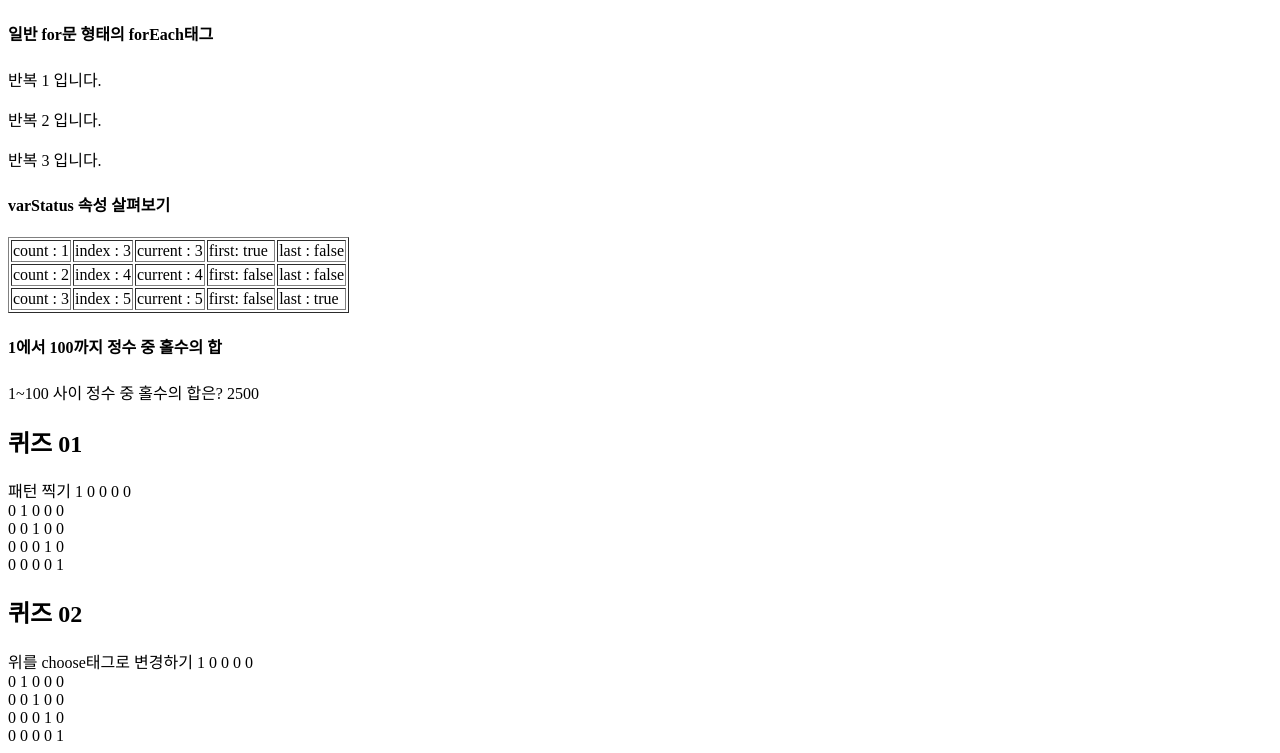
Repository: ssing365/JSPStudy
Page: http://localhost/JSPServlet/11JSTL/core/ForEachNormal.jsp
The author's editor kept a copy of each file at every save. The page is drawn from the files as they stood at one save, then again after the next save.
The browser window is 1280 px wide. The pictures show the whole page.
The page is served by Tomcat 10. Other server files are loaded and not shown.

Above is the page before, as saved 2024-11-06 08:49:50.

### JSPServlet/src/main/webapp/11JSTL/core/ForEachNormal.jsp
<%@ page language="java" contentType="text/html; charset=UTF-8"
    pageEncoding="UTF-8"%>
<%@ taglib prefix="c" uri="jakarta.tags.core"%>
<!DOCTYPE html>
<html>
<head>
<meta charset="UTF-8">
<title>JSTL - forEach1</title>
</head>
<body>
	<!--
	forEach태그의 일반 for문 형태
		속성]
			begin : 반복문의 시작값
			end : 종료값
			step : 증가치(생략할 경우 1로 고정)
			var : 반복에 사용할 변수
	 -->
	<h4>일반 for문 형태의 forEach태그</h4>
	<c:forEach begin="1" end="3" step="1" var="i">
		<p>반복 ${i} 입니다.</p>
	</c:forEach>

	<h4>varStatus 속성 살펴보기</h4>
	<!--
	일반 for문에서의 varStatus 속성
	: 반복과 관련된 정보를 추상화한 클래스를 통해 정보를 반환한다.
		count : 실제 반복횟수 반환. 1부터 시작
		index : 변수 i의 변환하는 값을 반환
		first : 루프의 처음일 때 true를 반환
		last : 루프의 마지막에 true
		current : 현재 루프의 변수값을 반환(var속성에 지정된 변수)
		* 즉, 일반 for문에서는 index와 current는 동일한 값을 반환한다.
	 -->
	<table border="1">
	<c:forEach begin="3" end="5" var="i" varStatus="loop">
		<tr>
			<td>count : ${loop.count }</td>
			<td>index : ${loop.index }</td>
			<td>current : ${loop.current }</td>
			<td>first: ${loop.first }</td>
			<td>last : ${loop.last }</td>
		</tr>
	</c:forEach>
	</table>

	<h4>1에서 100까지 정수 중 홀수의 합</h4>
	<!-- 변수 j가 1~100까지 1씩 증가한다. step은 생략시 1로 지정됨 -->
	<c:forEach begin="1" end="100" var="j">
		<!-- if(j%2 ! =0)와 동일한 조건식. 즉 2로 나눠떨어지지 않는경우 -->
		<c:if test="${j mod 2 ne 0 }">
			<!-- sum에 증가하는 j를 누적해서 더해준다. -->
			<c:set var="sum" value="${sum + j }"></c:set>
		</c:if>
	</c:forEach>
	1~100 사이 정수 중 홀수의 합은? ${sum}

	<h2>퀴즈 01</h2>
	패턴 찍기
	<c:forEach begin="1" end="5" var="i" >
		<c:forEach begin="1" end="5" var="j">
			<c:if test="${ i eq j }" var="result">1</c:if>
			 <c:if test="${not result }" >0</c:if>
		</c:forEach>
		<br/>
	</c:forEach>

	<h2>퀴즈 02</h2>
	위를 choose태그로 변경하기
	<c:forEach begin="1" end="5" var="i" >
		<c:forEach begin="1" end="5" var="j">
			<c:choose>
				<c:when test="${ i eq j }">1
				</c:when>
				<c:otherwise>
				0
				</c:otherwise>
			</c:choose>
		</c:forEach>
		<br/>
	</c:forEach>

</body>
</html>

After the next save:
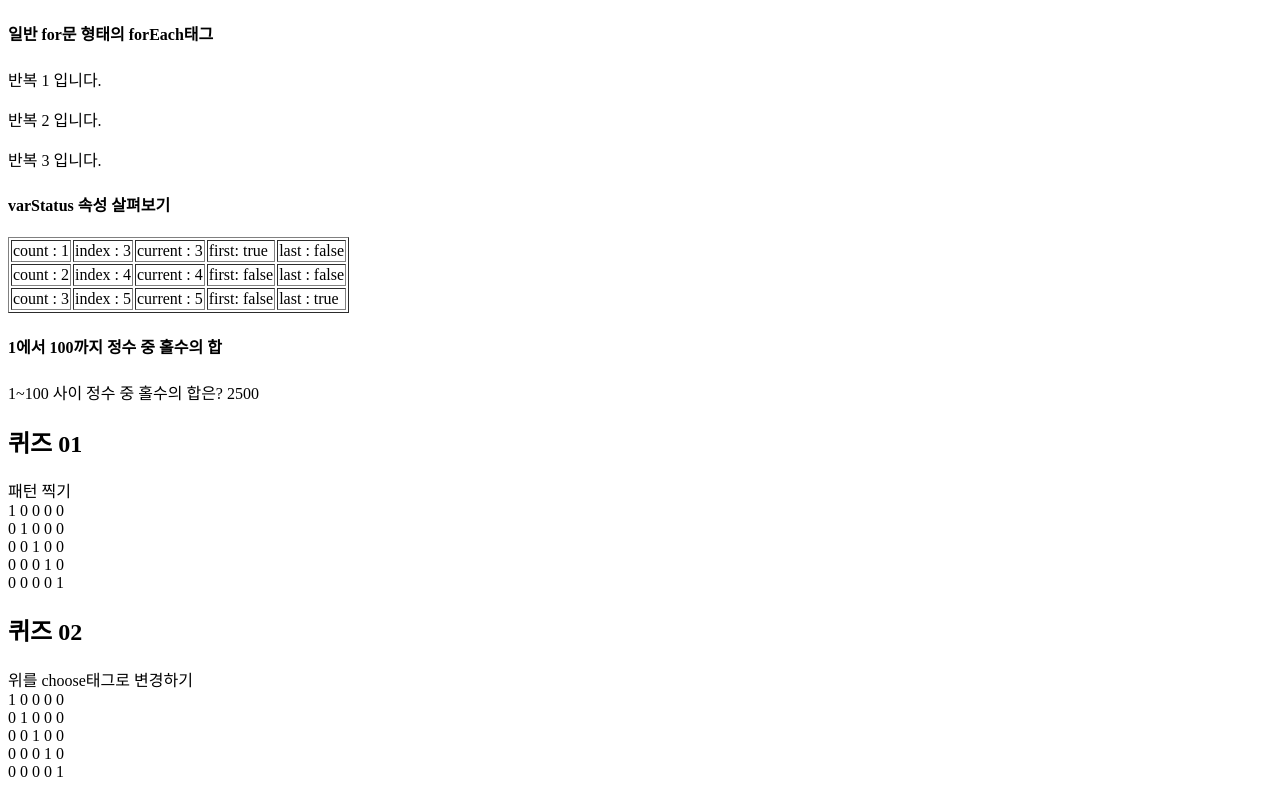
Saved 12 s later.
--- a/JSPServlet/src/main/webapp/11JSTL/core/ForEachNormal.jsp
+++ b/JSPServlet/src/main/webapp/11JSTL/core/ForEachNormal.jsp
@@ -56,7 +56,7 @@
 	1~100 사이 정수 중 홀수의 합은? ${sum}
 
 	<h2>퀴즈 01</h2>
-	패턴 찍기
+	패턴 찍기<br/>
 	<c:forEach begin="1" end="5" var="i" >
 		<c:forEach begin="1" end="5" var="j">
 			<c:if test="${ i eq j }" var="result">1</c:if>
@@ -66,7 +66,7 @@
 	</c:forEach>
 
 	<h2>퀴즈 02</h2>
-	위를 choose태그로 변경하기
+	위를 choose태그로 변경하기<br/>
 	<c:forEach begin="1" end="5" var="i" >
 		<c:forEach begin="1" end="5" var="j">
 			<c:choose>
